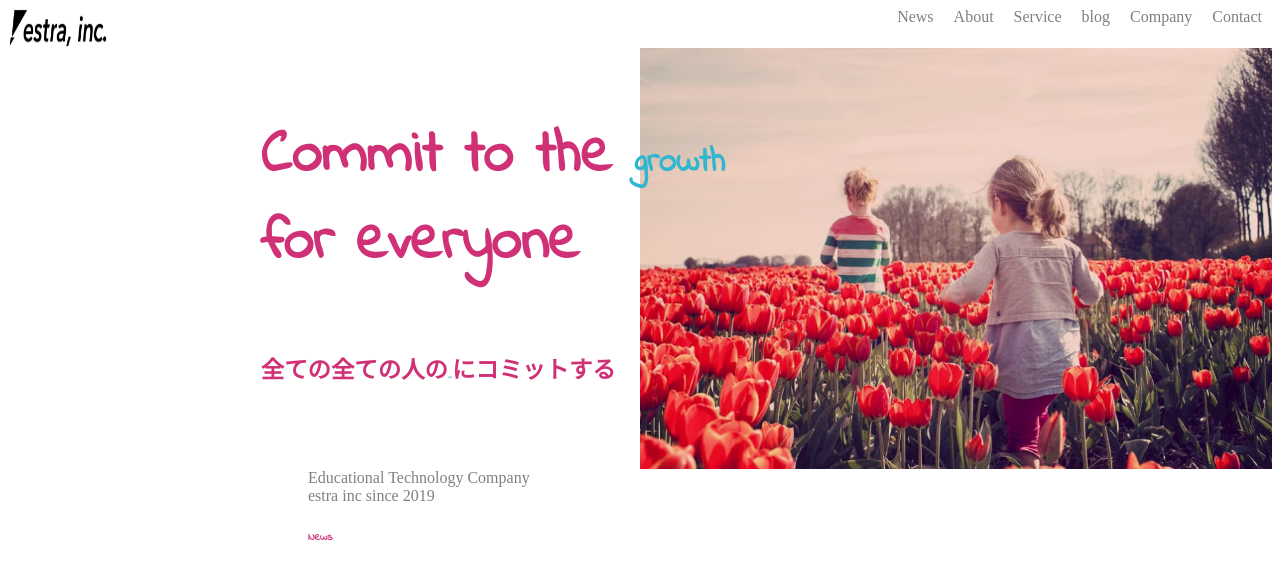
Repository: sigemasaasuka/20210902
Page: index.html
An editor plug-in stored every save of this project. The page is shown before and after the next save, followed by the edit.
The browser window is 1280 px wide. The pictures show the whole page.

Above is the page before, as saved 2021-09-08 17:34:07.

### index.html
<!DOCTYPE html>
<html lang="ja">

<head>
  <meta charset="UTF-8">
  <meta name="viewport" content="width=device-width, initial-scale=1.0">
  <title>Document</title>
  <link rel="stylesheet" href="css/style.css">
  <link rel="preconnect" href="https://fonts.googleapis.com">
  <link rel="preconnect" href="https://fonts.gstatic.com" crossorigin>
  <link href="https://fonts.googleapis.com/css2?family=Indie+Flower&display=swap" rel="stylesheet">
</head>

<body>
  <div class="flex">
    <img src="img/img/estra_logo.png" alt="estra_logo" width="100px" height="40px">
    <div class="parent">
      <div class="child">News</div>
      <div class="child">About</div>
      <div class="child">Service</div>
      <div class="child">blog</div>
      <div class="child">Company</div>
      <div class="child">Contact</div>

    </div>
  </div>
  <div class="relative">
    <img class="relative__img" src="img/img/firstview.jpg" alt="firstview">
    <div class="example">
      <h1>Commit to the <span class="document"> growth</span> <br>for everyone</h1>
      <div class="example-txt">
        <h3>全ての全ての人の<span class="document-txt">成長</span>にコミットする</h3>
      </div>
    </div>
    <p class="subtitle">Educational Technology Company<br>estra inc since 2019</p>
    <div class="smlltitle">
    <h6>News</h6>
    </div>
   </div>
　</div>

</body>

</html>

### css/style.css
.img {
  text-align: left;
}

.parent {
  display: flex;
  text-align: right;
  color: gray;
}

.child {
  margin: 0 10px;
}
.flex {
  display: flex;
  justify-content: space-between;
}

.relative {
  position: relative;
}

.relative__img {
  margin: 0 0 0 auto;
  display: block;
  width: 50%;
}

.example {
  position: absolute;
  top: 5%;
  left: 20%;
  font-size: 30px;
  color: #cf3076;
  font-family: "Indie Flower", cursive;
}

.document {
  top: 5%;
  left: 10%;
  font-size: 35px;
  color: #30b6cf;
  font-family: "Indie Flower", cursive;
}

.example-txt {
  position: absolute;
  top: 100%;
  left: 0%;
  font-size: 20px;
  color: #cf3076;
  font-family: "Indie Flower", cursive;
}

.document-txt {
  top: 100%;
  left: 0%;
  font-size: 2px;
  color: #30b6cf;
  font-family: "Indie Flower", cursive;
}

.subtitle {
  margin: 0px 300px;
  color: gray;
}

.smlltitle {
  color: #cf3076;
  font-family: "Indie Flower", cursive;
  margin-left: 300px;
}

After the next save:
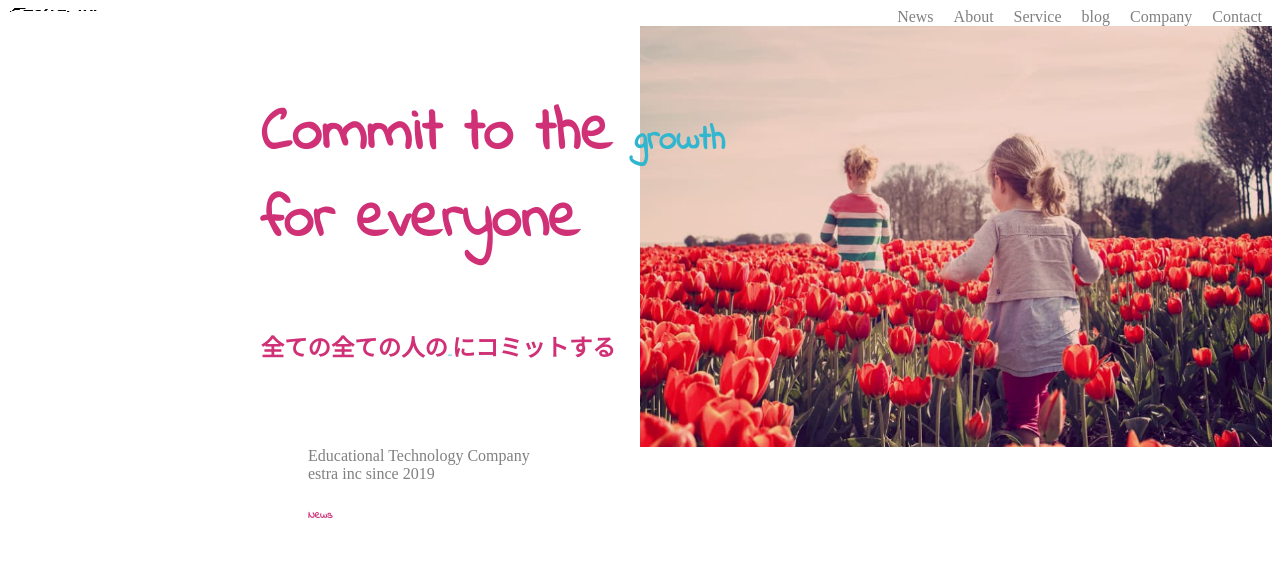
Saved 27 s later.
--- a/index.html
+++ b/index.html
@@ -13,7 +13,8 @@
 
 <body>
   <div class="flex">
-    <img src="img/img/estra_logo.png" alt="estra_logo" width="100px" height="40px">
+    <img src="img/img/estra_logo.png" alt="estra_logo" width="100px" height="4
+    0px">
     <div class="parent">
       <div class="child">News</div>
       <div class="child">About</div>
